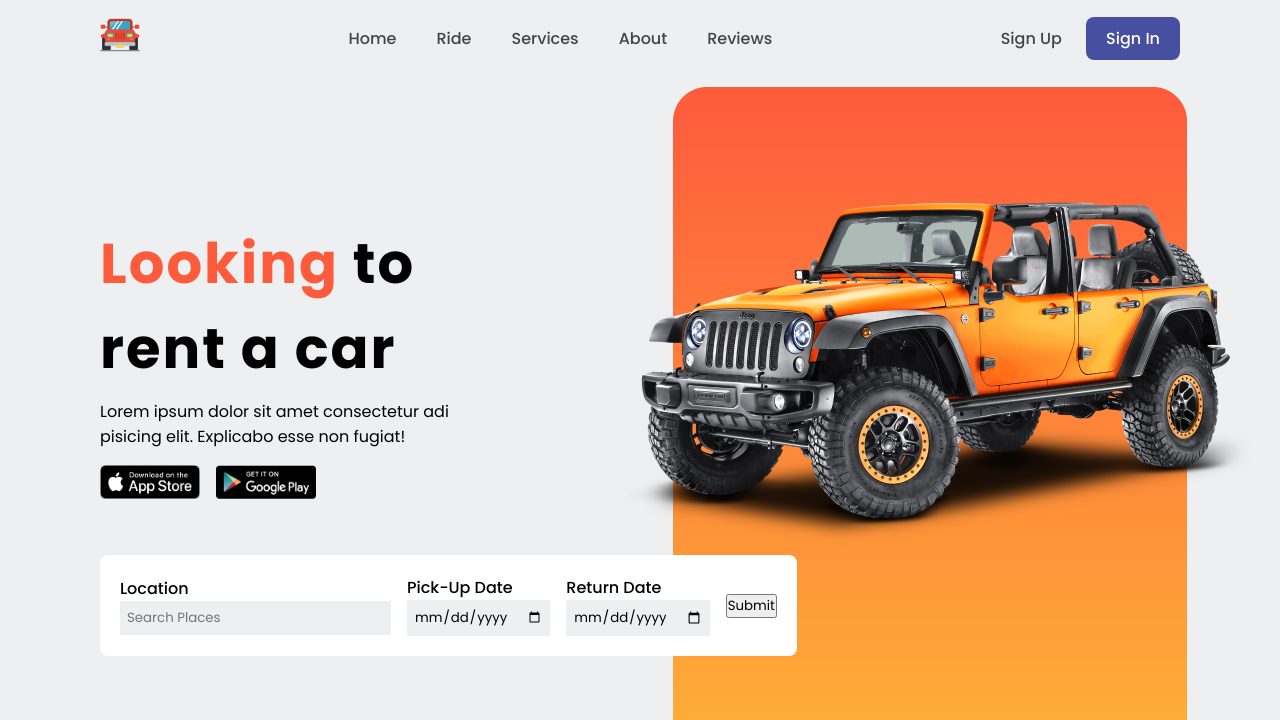
Repository: douglasabnovato/car-rental
Page: index.html
The author's editor kept a copy of each file at every save. The page is drawn from the files as they stood at one save, then again after the next save.
The browser window is 1280 px wide. The pictures show the whole page.

Above is the page before, as saved 2025-05-16 12:45:16.

### index.html
<!DOCTYPE html>
<html lang="en">
  <head>
    <meta charset="UTF-8" />
    <meta name="viewport" content="width=device-width, initial-scale=1.0" />
    <title>Car Rental</title>
    <link
      rel="stylesheet"
      href="https://cdn.jsdelivr.net/npm/boxicons@latest/css/boxicons.min.css"
    />
    <link rel="stylesheet" href="./style.css" />
  </head>
  <body>
    <!-- Header -->
    <header>
      <a href="#" class="logo"
        ><img src="./assets/jeep.png" alt="logo da car rental" srcset=""
      /></a>
      <div class="bx bx-menu" id="menu-icon"></div>
      <ul class="navbar">
        <li><a href="#home">Home</a></li>
        <li><a href="#ride">Ride</a></li>
        <li><a href="#services">Services</a></li>
        <li><a href="#about">About</a></li>
        <li><a href="#reviews">Reviews</a></li>
      </ul>
      <div class="header-btn">
        <a href="#" class="sign-up">Sign Up</a>
        <a href="#" class="sign-in">Sign In</a>
      </div>
    </header>

    <!-- Home -->
    <section class="home" id="home">
      <div class="text">
        <h1>
          <span>Looking</span> to <br />
          rent a car
        </h1>
        <p>
          Lorem ipsum dolor sit amet consectetur adi <br />
          pisicing elit. Explicabo esse non fugiat!
        </p>
        <div class="app-stores">
          <img src="./assets/ios.png" alt="" />
          <img src="./assets/play.png" alt="" />
        </div>
      </div>
      <div class="form-container">
        <form action="">
          <div class="input-box">
            <span>Location</span>
            <input type="search" name="" id="" placeholder="Search Places" />
          </div>
          <div class="input-box">
            <span>Pick-Up Date</span>
            <input type="date" name="" id="" />
          </div>
          <div class="input-box">
            <span>Return Date</span>
            <input type="date" name="" id="" />
          </div>
          <input type="submit" name="" id="" class="btn"/>
        </form>
      </div>
    </section>

    <!-- Link to JS -->
    <script src="./script.js"></script>
  </body>
</html>

### style.css
@import url("https://fonts.googleapis.com/css2?family=Noto+Sans:ital,wght@0,100..900;1,100..900&family=Poppins:ital,wght@0,100;0,200;0,300;0,400;0,500;0,600;0,700;0,800;0,900;1,100;1,200;1,300;1,400;1,500;1,600;1,700;1,800;1,900&display=swap");

* {
  margin: 0;
  padding: 0;
  box-sizing: border-box;
  scroll-padding-top: 2rem;
  scroll-behavior: smooth;
  list-style: none;
  text-decoration: none;
  font-family: "Poppins", sans-serif;
}

:root {
  --main-color: #fe5b3d;
  --second-color: #ffac38;
  --text-color: #444;
  --gradient: linear-gradient(#fe5b3d, #ffac38);
}

html::-webkit-scrollbar {
  width: 0.5rem;
}

html::-webkit-scrollbar-track {
  background: transparent;
}

html::-webkit-scrollbar-thumb {
  background: var(--main-color);
  border-radius: 5rem;
}

section {
  padding: 50px 100px;
}

/* Header */

header {
  position: fixed;
  width: 100%;
  top: 0;
  right: 0;
  z-index: 1000;
  display: flex;
  align-items: center;
  justify-content: space-between;
  background: #eeeff1;
  padding: 15px 100px;
}

.logo img {
  width: 40px;
}

.navbar {
  display: flex;
}

.navbar li {
  position: relative;
}

.navbar a {
  font-size: 1rem;
  padding: 10px 20px;
  color: var(--text-color);
  font-weight: 500;
}

.navbar a:after {
  content: "";
  width: 0;
  height: 3px;
  background: var(--gradient);
  position: absolute;
  bottom: -4px;
  left: 0;
  transition: 0.5s;
}

.navbar a:hover::after {
  width: 100%;
}

#menu-icon {
  font-size: 24px;
  cursor: pointer;
  z-index: 10001;
  display: none;
}

.header-btn a {
  padding: 10px 20px;
  color: var(--text-color);
  font-weight: 500;
}

.header-btn .sign-in {
  background: #474fa0;
  color: #fff;
  border-radius: 0.5rem;
}

.header-btn .sign-in:hover {
  background: var(--main-color);
}

/* Home */
.home {
  width: 100%;
  min-height: 100vh;
  position: relative;
  background: url(./assets/Car\ Website\ –\ 1@2x.png);
  background-repeat: no-repeat;
  background-position: center right;
  background-size: cover;
  display: grid;
  align-items: center;
  grid-template-columns: repeat(2, 1fr);
}

.text h1 {
  font-size: 3.5rem;
  letter-spacing: 2px;
}

.text span {
  color: var(--main-color);
}

.text p {
  margin: 0.5rem 0 1rem;
}

.app-stores {
  display: flex;
}

.app-stores img {
  width: 100px;
  margin-right: 1rem;
  cursor: pointer;
}

.form-container form {
    display: flex;
    flex-wrap: wrap;
    align-items: center;
    gap: 1rem;
    position: absolute;
    bottom: 4rem;
    left: 100px;
    background: #fff;
    padding: 20px;
    border-radius: 0.5rem;
}

.input-box {
    flex: 1 1 7rem;
    display: flex;
    flex-direction: column;
}

.input-box span {
    font-weight: 500;
}

.input-box input {
    padding: 7px;
    outline: none;
    border: none;
    background: #eeeff1;
}

Loaded but not shown: script.js (no stored copy; drawn as an empty file)

After the next save:
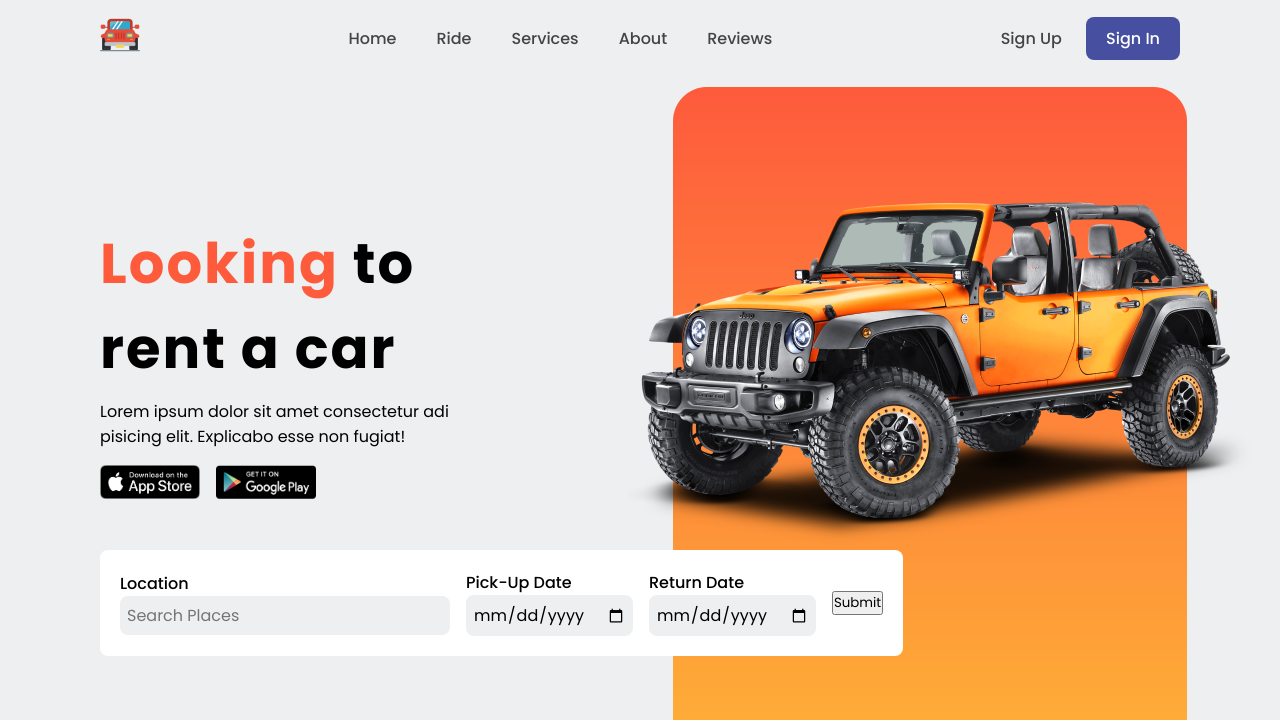
Saved 68 s later.
--- a/style.css
+++ b/style.css
@@ -172,4 +172,6 @@ header {
     outline: none;
     border: none;
     background: #eeeff1;
+    border-radius: .5rem;
+    font-size: 1rem;
 }
